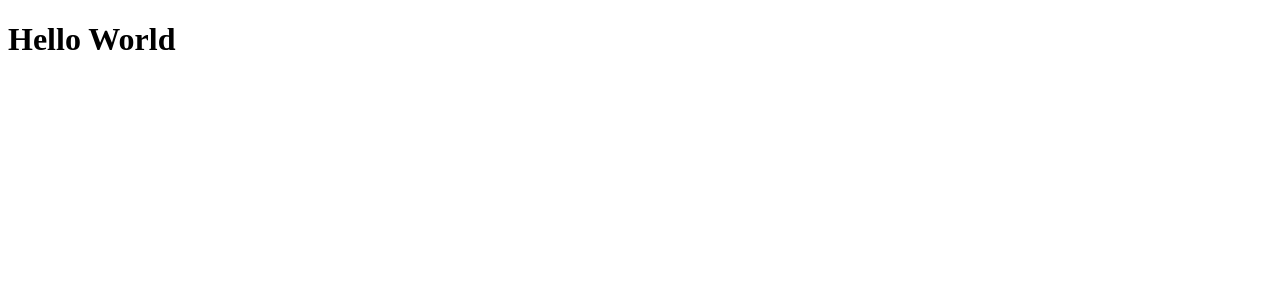
Repository: Anikett-777/app-auth
Page: http://localhost/Hospital_management_System_02/
These files come from the project's save history. The page is drawn as it stood at one moment and after a run of saves; the edit follows.
The browser window is 1280 px wide. The pictures show the whole page.
Some web libraries are served in a nearby version. The page is served by Tomcat 9. Other server files are loaded and not shown.

Above is the page before, as saved 2025-12-03 09:51:01.

### Hospital_management_System_02/src/main/webapp/index.jsp
<%@ page language="java" contentType="text/html; charset=UTF-8"
	pageEncoding="UTF-8"%>
<!DOCTYPE html>
<html>
<head>
<meta charset="UTF-8">
<title>Index Page</title>

</head>
<body>

<h1>Hello World</h1>



</body>

</html>

### Hospital_management_System_02/src/main/webapp/components/allcss.jsp
<link
	href="https://cdn.jsdelivr.net/npm/bootstrap@5.3.8/dist/css/bootstrap.min.css"
	rel="stylesheet"
	integrity="sha384-sRIl4kxILFvY47J16cr9ZwB07vP4J8+LH7qKQnuqkuIAvNWLzeN8tE5YBujZqJLB"
	crossorigin="anonymous">

<link rel="stylesheet"
	href="https://cdnjs.cloudflare.com/ajax/libs/font-awesome/7.0.1/css/all.min.css"
	integrity="sha512-2SwdPD6INVrV/lHTZbO2nodKhrnDdJK9/kg2XD1r9uGqPo1cUbujc+IYdlYdEErWNu69gVcYgdxlmVmzTWnetw=="
	crossorigin="anonymous" referrerpolicy="no-referrer" />

	<script
		src="https://cdn.jsdelivr.net/npm/bootstrap@5.3.8/dist/js/bootstrap.bundle.min.js"
		integrity="sha384-FKyoEForCGlyvwx9Hj09JcYn3nv7wiPVlz7YYwJrWVcXK/BmnVDxM+D2scQbITxI"
		crossorigin="anonymous"></script>

After the next 2 saves:
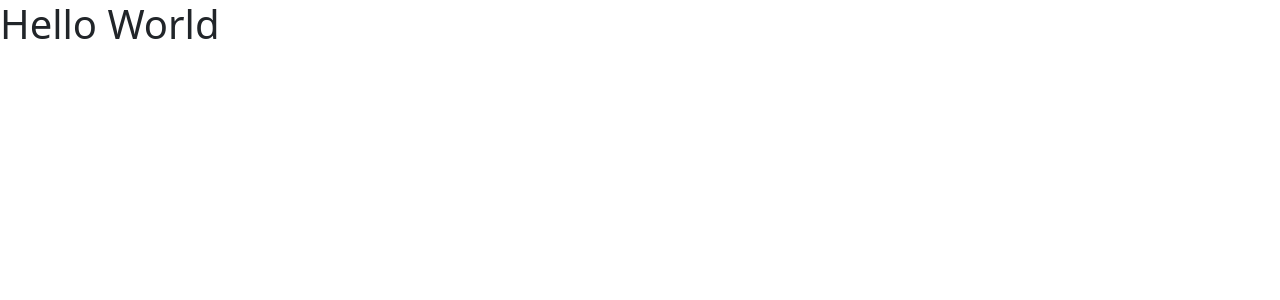
The 2 saves are shown as one change because 1 did not build or start.
The last was saved 6 min 10 s later.
--- a/Hospital_management_System_02/src/main/webapp/index.jsp
+++ b/Hospital_management_System_02/src/main/webapp/index.jsp
@@ -5,7 +5,7 @@
 <head>
 <meta charset="UTF-8">
 <title>Index Page</title>
-
+<%@ include file="components/allcss.jsp" %>
 </head>
 <body>
 
